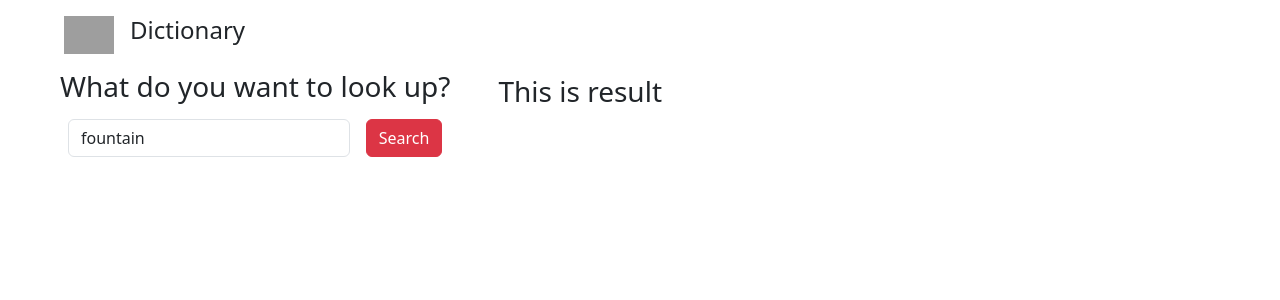
Repository: moehaymanmyint/react-dictionary-app
Page: /
These files come from the project's save history. The page is drawn as it stood at one moment and after the next save; the edit follows.
The browser window is 1280 px wide. The pictures show the whole page.
Pictures or frames that could not be fetched are drawn as grey boxes. The page's requests for data from a server got no answer. The project was rebuilt for these pictures with package versions that can differ from the ones it lists, and the page was loaded fresh each time. No one was signed in, and anything a server would have sent is missing.

Above is the page before, as saved 2024-08-28 10:30:32.

### src/App.js
import './App.css';
import 'bootstrap/dist/css/bootstrap.css';

import Search from "./Search"
import Result from "./Result"

function App() {
  return (
    <div className="App">
      {/* Logo */}
      <div className='logo m-3 mx-5 d-flex align-items-center'>
        <img src="https://th.bing.com/th/id/R.1ebe3e38406a8906121c9769e62adc3e?rik=d1hISy0qiMJ7Hg&pid=ImgRaw&r=0" alt="Logo" className='mx-3'/>
        <h4>Dictionary</h4>
      </div>

      <div className='container d-flex m-3 mx-5'>
        {/* Header */}
        <div className="header">
          <h3>What do you want to look up?</h3>
          <Search />
        </div>

        {/* Content */}
        <div className="content mx-5" >
          <Result />
        </div>

      </div>
    </div>
  );
}

export default App;

### src/App.css
.App img{
    width: 50px;
}

### src/Search.js
import React, {useState} from "react";
import 'bootstrap/dist/css/bootstrap.css';
import axios from 'axios';

export default function Search(){
    let [word, setWord] = useState('fountain');

    let apiUrl =  `https://api.shecodes.io/dictionary/v1/define?word=${word}&key=03aa5321feb0a48eoca7a4tede1f2bb1`;
    axios.get(apiUrl).then(handleResponse);

    function handleResponse(response){
        console.log(response);
    }

    function handleSubmit(event){
        event.preventDefault();
        alert("searching for " + word);
    }

    function updateWord(event){
        setWord(event.target.value);
    }

    return (
        <form onSubmit={handleSubmit} className="d-flex">
            <input type="search" className="form form-control m-2" value={word} onChange={updateWord}/>
            <input type="submit" value="Search" className="btn btn-danger m-2"/>
        </form>
    );
}

### src/Result.js
import React from "react";

export default function Result(){
    return (
        <div className="Result fs-3">
            This is result
        </div>
    )
}

Loaded but not shown: public/index.html (common file); src/index.js (common file); src/index.css (common file); src/reportWebVitals.js (common file)

After the next save:
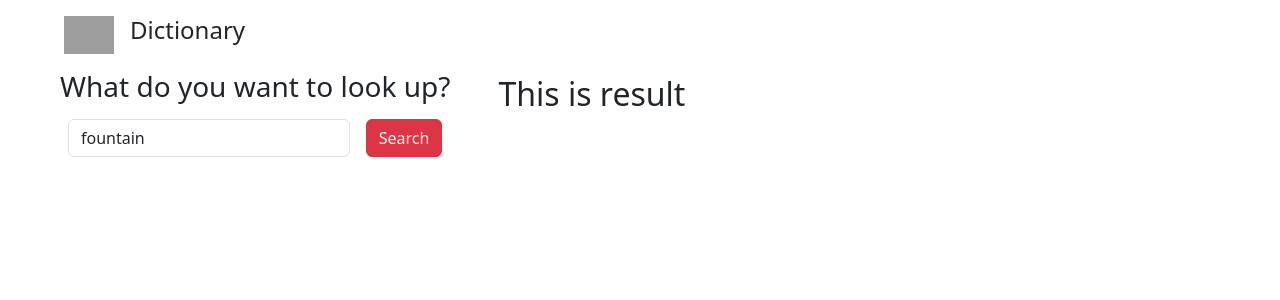
Saved 6 s later.
--- a/src/Result.js
+++ b/src/Result.js
@@ -2,7 +2,7 @@ import React from "react";
 
 export default function Result(){
     return (
-        <div className="Result fs-3">
+        <div className="Result fs-2">
             This is result
         </div>
     )
